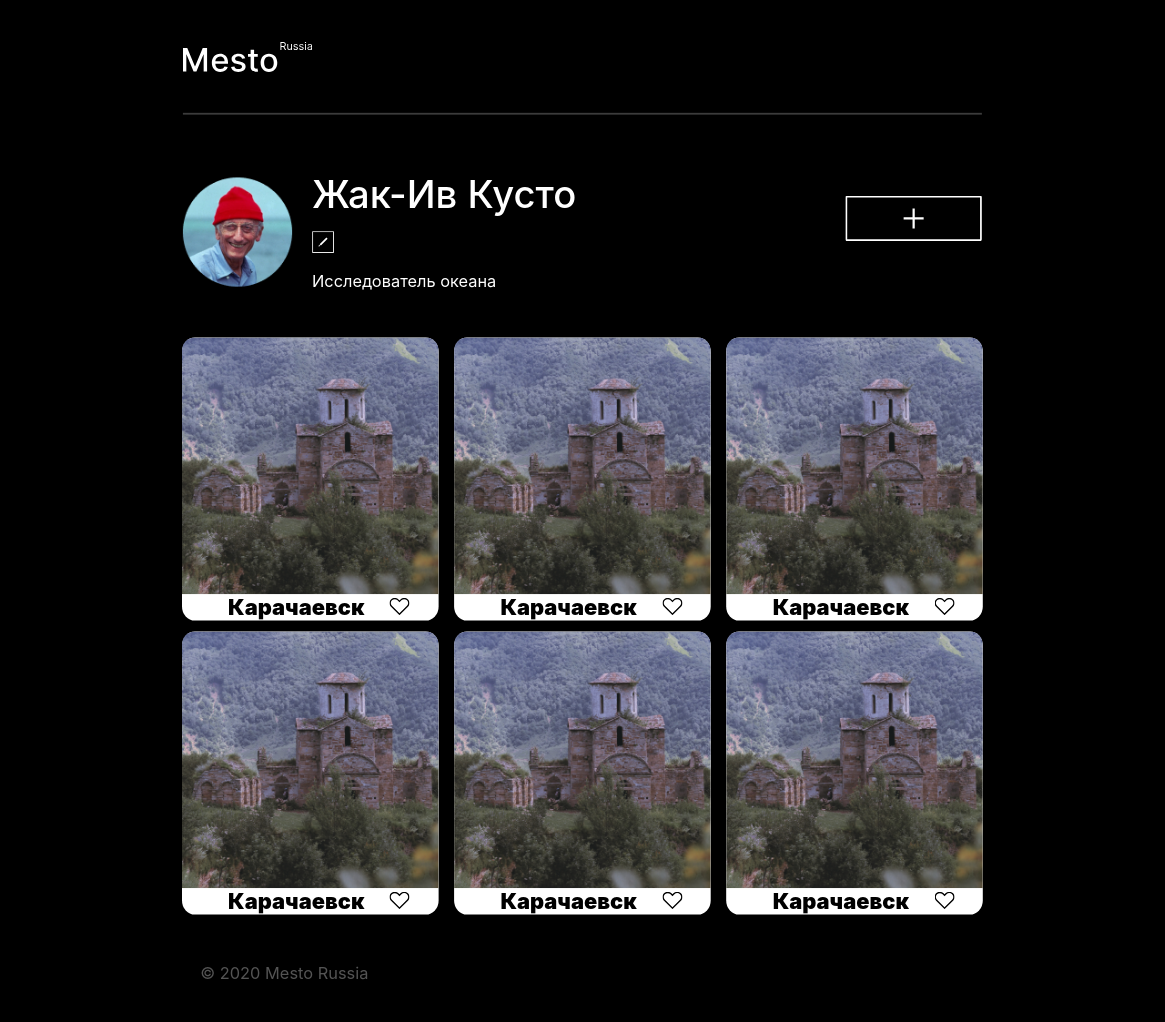
Repository: Ivan2399/mesto-project
Page: index.html
An editor plug-in stored every save of this project. The page is shown before and after the next save, followed by the edit.
The browser window is 1280 px wide. The pictures show the whole page, at 91% of full size.

Above is the page before, as saved 2021-11-16 18:55:39.

### index.html
<!DOCTYPE html>
<html lang="ru">

<head>
    <meta charset="UTF-8">
    <meta http-equiv="X-UA-Compatible" content="IE=edge">
    <meta name="viewport" content="width=device-width, initial-scale=1.0">
    <link rel="stylesheet" href="./pages/index.css" />
    <title>Mesto</title>
</head>

<body class="root">
    <div class="page">
        <header class="header">
            <div class="header__container">
                <img class="header__logo" src="images/logo/Vector.svg" alt="Логотип">
                <div class="header__line"></div>
            </div>
        </header>
        <main class="content">
            <section class="profile profile_mobile">
                <div class="profile__container profile__container_mobile ">
                    <img class="profile__avatar" src="images/avatar/Avatar.png" alt="Аватарка">
                    <h2 class="profile__nickname profile__nickname_mobile">Жак-Ив Кусто
                        <button class="profile__buttons_type_editig"></button>
                        <p class="profile__hobbyname">Исследователь океана</p>
                    </h2>
                </div>
                <div class="profile__buttons">
                    <button class="profile__buttons_type_add"></button>
                </div>
            </section>
            <section class="table">
                <div class="table__container table__container_mobile">
                    <div class="table__card">
                        <img class="table__image" src="images/table/Karachaevsk.png" alt="Крепость">
                        <h2 class="table__title">Карачаевск <img class="table__button table__button_active"
                                src="images/buttons/Vector.svg" alt="Лайк"></h2>
                    </div>
                    <div class="table__card">
                        <img class="table__image" src="images/table/Karachaevsk.png" alt="Крепость">
                        <h2 class="table__title">Карачаевск <img class="table__button table__button_active"
                                src="images/buttons/Vector.svg" alt="Лайк"></h2>
                    </div>
                    <div class="table__card">
                        <img class="table__image" src="images/table/Karachaevsk.png" alt="Крепость">
                        <h2 class="table__title">Карачаевск <img class="table__button table__button_active"
                                src="images/buttons/Vector.svg" alt="Лайк"></h2>
                    </div>
                    <div class="table__card">
                        <img class="table__image" src="images/table/Karachaevsk.png" alt="Крепость">
                        <h2 class="table__title">Карачаевск <img class="table__button table__button_active"
                                src="images/buttons/Vector.svg" alt="Лайк"></h2>
                    </div>
                    <div class="table__card">
                        <img class="table__image" src="images/table/Karachaevsk.png" alt="Крепость">
                        <h2 class="table__title">Карачаевск <img class="table__button table__button_active"
                                src="images/buttons/Vector.svg" alt="Лайк"></h2>
                    </div>
                    <div class="table__card">
                        <img class="table__image" src="images/table/Karachaevsk.png" alt="Крепость">
                        <h2 class="table__title">Карачаевск <img class="table__button table__button_active"
                                src="images/buttons/Vector.svg" alt="Лайк"></h2>
                    </div>
                </div>
            </section>
            <section class="footer">
                <h2 class="footer__logo">© 2020 Mesto Russia</h2>
            </section>
        </main>
    </div>
</body>

</html>

### pages/index.css
@import url(../blocks/root/root.css);
@import url(../blocks/page/page.css);
@import url(../blocks/content/content.css);

/* header */

@import url(../blocks/header/header.css);
@import url(../blocks/header/__container/header__container.css);
@import url(../blocks/header/__logo/header__logo.css);
@import url(../blocks/header/__line/header__line.css);

/* profile */

@import url(../blocks/profile/profile.css);
@import url(../blocks/profile/__avatar/profile__avatar.css);
@import url(../blocks/profile/__container/profile__container.css);
@import url(../blocks/profile/__buttons/profile__buttons.css);
@import url(../blocks/profile/__buttons/_type/profile__buttons_type_add.css);
@import url(../blocks/profile/__buttons/_type/profile__buttons_type_editig.css);
@import url(../blocks/profile/__hobbyname/profile__hobbyname.css);
@import url(../blocks/profile/__nickname/profile__nickname.css);
@import url(../blocks/profile/__container/_mobile/profile__container_mobile.css);
@import url(../blocks/profile/__nickname/_mobile/profile__nickname_mobile.css);
@import url(../blocks/profile/_mobile/profile_mobile.css);

/* table */

@import url(../blocks/table/table.css);
@import url(../blocks/table/__button/table__button.css);
@import url(../blocks/table/__card/table__card.css);
@import url(../blocks/table/__container/table__container.css);
@import url(../blocks/table/__image/table__image.css);
@import url(../blocks/table/__title/table__title.css);
@import url(../blocks/table/__container/_mobile/table__container_mobile.css);
@import url(../blocks/table/__button/_active/table__button_active.css);

/* footer */

@import url(../blocks/footer/footer.css);
@import url(../blocks/footer/__logo/footer__logo.css);

### images/buttons/Vector.svg
<svg width="22" height="19" viewBox="0 0 22 19" fill="none" xmlns="http://www.w3.org/2000/svg">
<path d="M20.2991 9.78586C22.567 7.54338 22.567 3.90213 20.2991 1.68186C18.0311 -0.560619 14.3486 -0.560619 12.0806 1.68186L10.9804 2.792L9.88007 1.70406C7.61215 -0.560619 3.92957 -0.560619 1.6841 1.68186C0.583822 2.76979 0 4.21297 0 5.74496C0 7.27695 0.606277 8.72013 1.6841 9.80806L10.9804 19L20.2991 9.78586ZM1.4371 5.74496C1.4371 4.59042 1.8862 3.52469 2.71702 2.72539C3.5703 1.88168 4.67058 1.45983 5.77086 1.45983C6.87114 1.45983 7.97142 1.88168 8.8247 2.72539L10.9804 4.83465L13.136 2.70318C14.8201 1.03798 17.582 1.03798 19.2437 2.70318C20.0521 3.50248 20.5236 4.56821 20.5236 5.72276C20.5236 6.8773 20.0745 7.94303 19.2437 8.74233L10.9804 16.9351L2.71702 8.76453C1.90865 7.94303 1.4371 6.8773 1.4371 5.74496Z" fill="black"/>
</svg>

### blocks/root/root.css
.root{
    margin: 0;
    padding: 0;
    font-family: "Inter";
    color: #FFFFFF;
}
h1,h2,h3,h4,h5,h6,p{
    margin: 0;
    padding: 0;
    font-family: "Inter";
    color: #FFFFFF;
}

### blocks/page/page.css
.page {
  background-color: #000000;
  max-width: 1280px;
  margin: auto;
}

### blocks/header/header.css
.header{
    display: grid;
}

### blocks/header/__container/header__container.css
.header__container {
  margin: 0 15.7% 0 15.7%;
  max-width: 880px;
  width: 68.6%;
}

### blocks/header/__logo/header__logo.css
.header__logo{
    margin: 5.2% 0 4.7% 0;
}
@media screen and (min-width:300px) and (max-width:600px){
    .header__logo{
        width:103.74px;
        height:24.24px;
    }
}

### blocks/header/__line/header__line.css
.header__line{
    border: 1px solid #545454;
    opacity: 0.7;
}

### blocks/profile/profile.css
.profile {
  display: grid;
  margin: 5% 15.7% 0 15.7%;
  max-width: 880px;
  width: 68.6%;

}

### blocks/profile/__avatar/profile__avatar.css
.profile__avatar{

}

### blocks/profile/__container/profile__container.css
.profile__container {
  display: flex;
  align-items: center;
  flex-direction: row;
}

### blocks/profile/__buttons/profile__buttons.css
.profile__buttons{
    display: flex;
    justify-content: flex-end;
    align-items: center;
}

### blocks/profile/__buttons/_type/profile__buttons_type_add.css
.profile__buttons_type_add {
  width: 150px;
  height: 50px;
  background-image: url(../../../../images/buttons/Add\ Button.svg);
  background-color: black;
  border: none;
  background-size: cover;
  background-repeat: no-repeat;

  margin-bottom: 6.7%;
}
.profile__buttons_type_add:hover {
  opacity: 0.6;
  border: 2px solid #ffffff;
  box-sizing: border-box;
  border-radius: 2px;
}

### blocks/profile/__buttons/_type/profile__buttons_type_editig.css
.profile__buttons_type_editig {
  width: 24px;
  height: 24px;
  background-image: url(../../../../images/buttons/Edit\ Button.svg);
  background-color: black;
  border: none;
  background-size: cover;
  background-repeat: no-repeat;
  margin-bottom: 6.7%;
  grid-column: 2;
  grid-row: 1;
}
.profile__buttons_type_editig:hover {
  border: 1px solid #ffffff;
  box-sizing: border-box;
}

### blocks/profile/__hobbyname/profile__hobbyname.css
.profile__hobbyname {
  font-style: normal;
  font-weight: normal;
  font-size: 18px;
  line-height: 22px;
  grid-column: 2;
}

### blocks/profile/__nickname/profile__nickname.css
.profile__nickname {
  font-style: normal;
  font-weight: 500;
  font-size: 42px;
  line-height: 48px;
  margin-left: 5%;
}

### blocks/profile/__container/_mobile/profile__container_mobile.css
.profile__container_mobile {
  display: flex;
  align-items: center;
  flex-direction: row;
}
@media screen and (min-width: 200px) and (max-width: 700px) {
  .profile__container_mobile {
    display: flex;
    flex-wrap: wrap;
    justify-content: center;
    justify-items: center;
  }
}

### blocks/profile/__nickname/_mobile/profile__nickname_mobile.css
@media screen and (min-width: 200px) and (max-width: 700px) {
  .profile__nickname_mobile {
    font-size: 27px;
    line-height: 33px;
    text-align: center;
    margin: 0;
  }
}

### blocks/profile/_mobile/profile_mobile.css
.profile_mobile{
    grid-template-columns: repeat(auto-fit,minmax(200px,1fr));
}

### blocks/table/table.css
.table{
    max-width:880px;
    margin:4% auto 0;
}

### blocks/table/__button/table__button.css
.table__button {
  width: 22px;
  height: 19px;
  /* background-image: url(../../../images/buttons/Vector.svg);
  border: none;
  background-color: white;
  background-size: cover;
  background-repeat: no-repeat; */
  align-self: flex-end;
  margin-left: 10%;
}
.table__button:hover {
  color: #000000;
  opacity: 0.5;
}

### blocks/table/__card/table__card.css
.table__card{
    max-width: 282px;
    background-color: white;

    border-radius: 5%;

    display: flex;
    flex-direction: column;
}

### blocks/table/__container/table__container.css
.table__container{
    display: grid;
    grid-template-columns: repeat(3,1fr);
    gap:2%;
}

### blocks/table/__image/table__image.css
.table__image{
    max-width: 282px;
    max-height: 282px;
    border-radius: 5% 5% 0 0 ;
}

### blocks/table/__title/table__title.css
.table__title {
  max-width: 246px;
  font-style: normal;
  font-weight: 900;
  font-size: 24px;
  line-height: 29px;

  margin-left: 18%;
  color: #000000;
}

### blocks/table/__container/_mobile/table__container_mobile.css
.table__container_mobile{
    grid-template-columns: repeat(auto-fit, minmax(280px, 1fr));
}

### blocks/table/__button/_active/table__button_active.css
.table__button_active:active{
    background-image: url(../../../../images/buttons/Union.png);
    color: black;
}

### blocks/footer/footer.css
.footer{
    max-width: 840px;
    margin: auto;
}

### blocks/footer/__logo/footer__logo.css
.footer__logo {
  font-style: normal;
  font-weight: normal;
  font-size: 18px;
  line-height: 22px;

  color: #545454;
  margin-top: 8%;
  padding-bottom: 5%;
}

Loaded but not shown: blocks/content/content.css (no stored copy; drawn as an empty file)

After the next save:
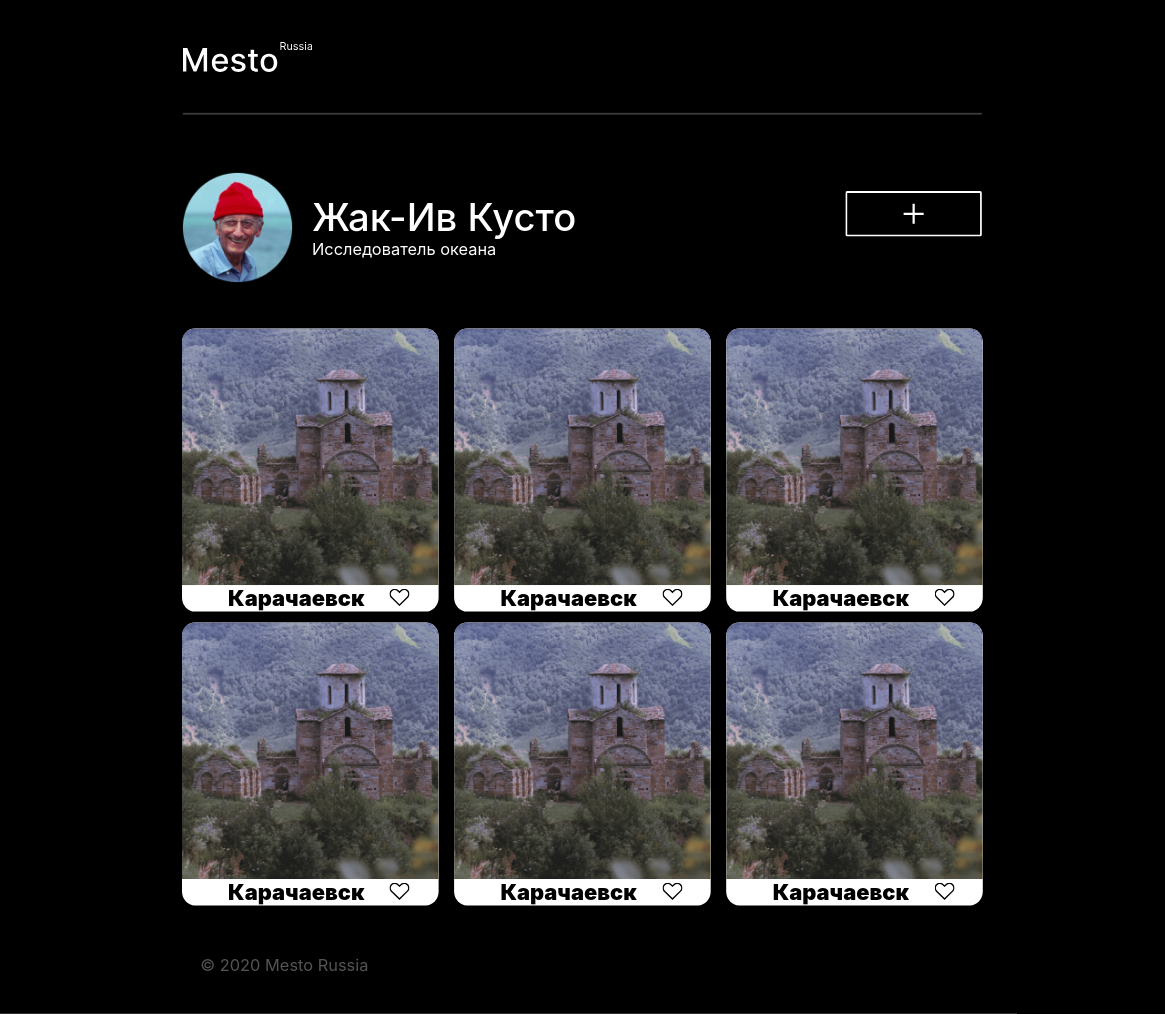
Saved 2 min 6 s later.
--- a/index.html
+++ b/index.html
@@ -22,7 +22,6 @@
                 <div class="profile__container profile__container_mobile ">
                     <img class="profile__avatar" src="images/avatar/Avatar.png" alt="Аватарка">
                     <h2 class="profile__nickname profile__nickname_mobile">Жак-Ив Кусто
-                        <button class="profile__buttons_type_editig"></button>
                         <p class="profile__hobbyname">Исследователь океана</p>
                     </h2>
                 </div>
